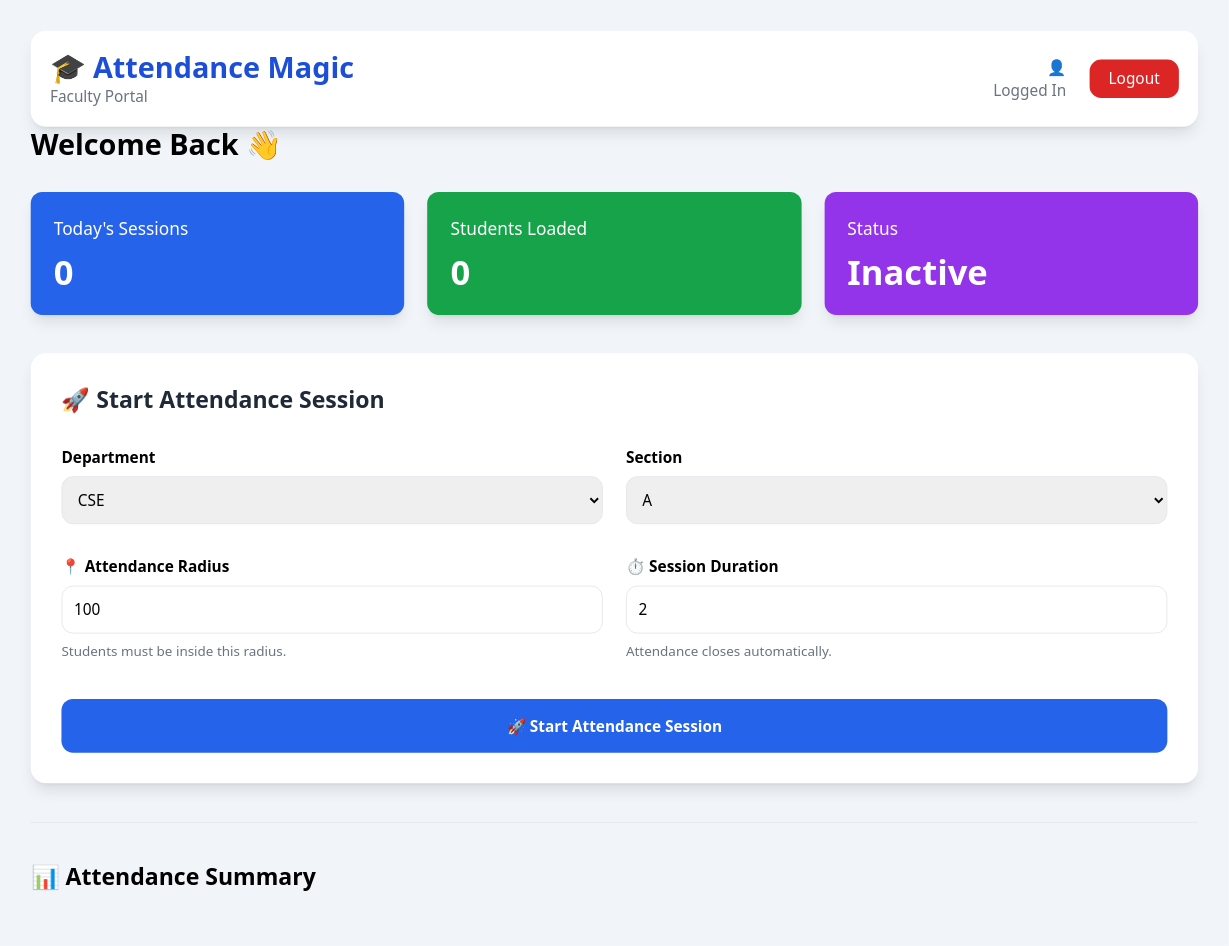
Repository: SparcxSolutions/Attendance_Magic
Page: /faculty (app in frontend/)
An editor plug-in stored every save of this project. The page is shown before and after the next save, followed by the edit.
The browser window is 1280 px wide. The pictures show the whole page, at 96% of full size.
The page's requests for data from a server got no answer. The project was rebuilt for these pictures with package versions that can differ from the ones it lists, and the page was loaded fresh each time. No one was signed in, and anything a server would have sent is missing. Also part of the build but not shown: frontend/vite.config.js, frontend/src/pages/Login.jsx, frontend/src/components/StudentTable.jsx, frontend/src/pages/StudentAttendance.jsx.

Above is the page before, as saved 2026-07-15 17:47:46.

After the next save:
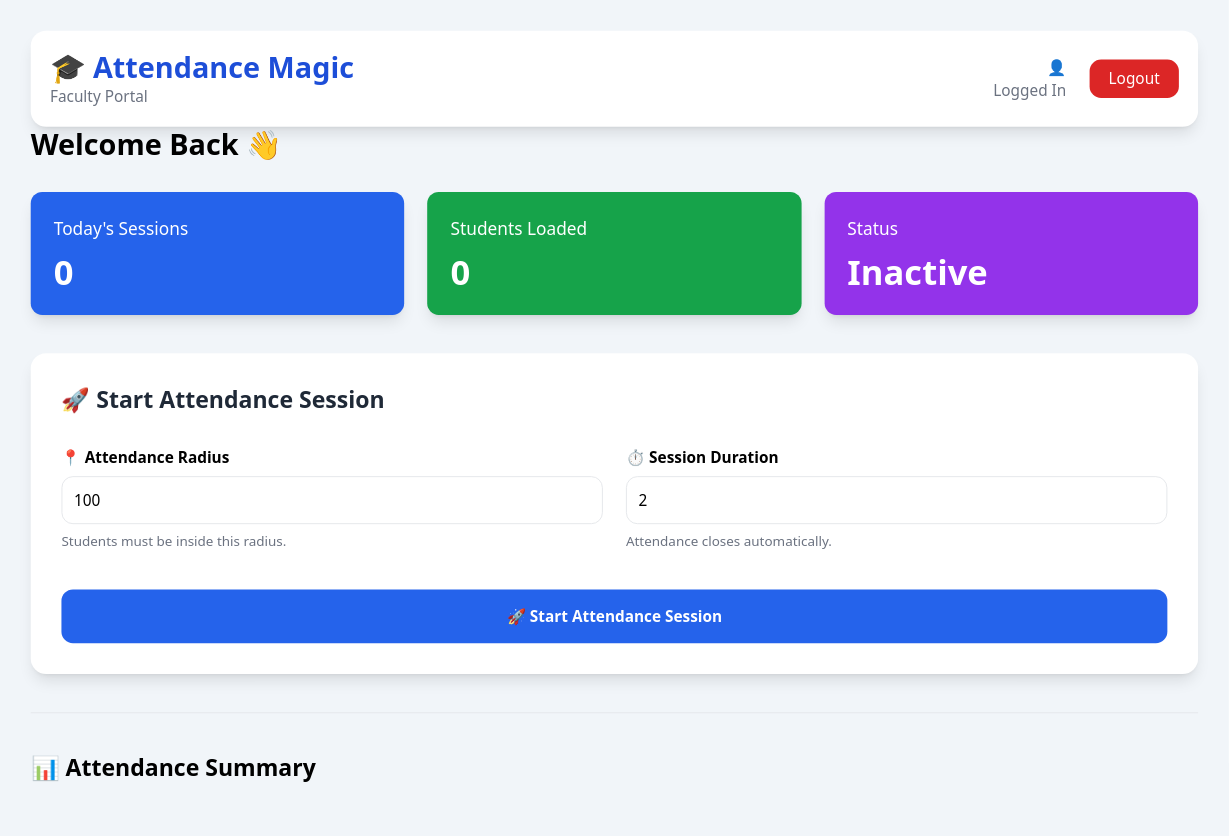
Saved 14 min 28 s later.
--- a/frontend/src/components/SessionForm.jsx
+++ b/frontend/src/components/SessionForm.jsx
@@ -24,7 +24,7 @@ function SessionForm({
 
             </h2>
 
-            <div className="grid md:grid-cols-2 gap-6">
+            {/* <div className="grid md:grid-cols-2 gap-6">
 
                 <div>
 
@@ -83,7 +83,7 @@ function SessionForm({
 
                 </div>
 
-            </div>
+            </div> */}
 
             <div className="grid md:grid-cols-2 gap-6 mt-8">
 
